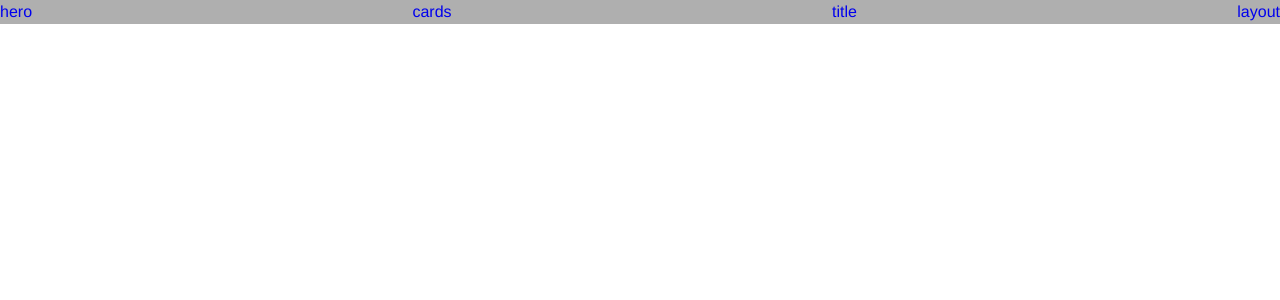
Repository: Ndifoinhilary/css_grid
Page: css-grid-learn/index.html
These files come from the project's save history. The page is drawn as it stood at one moment and after the next save; the edit follows.
The browser window is 1280 px wide. The pictures show the whole page.

Above is the page before, as saved 2024-01-28 10:09:12.

### css-grid-learn/index.html
<!DOCTYPE html>
<html lang="en">
<head>
    <meta charset="UTF-8">
    <meta name="viewport" content="width=device-width, initial-scale=1.0">
    <title>Css grid</title>
    <link rel="stylesheet" href="/fontawesome-free-5.12.1-web/css/all.min.css">
    <link rel="stylesheet" href="/css-grid-learn/main.css">
</head>
<body>

    <nav class="main-navbar">

            <ul class="nav-links">
                <li><a href="hero.html">hero</a></li>
                <li><a href="cards.html">cards</a></li>
                <li><a href="title.html">title</a></li>
                <li><a href="layout.html">layout</a></li>
            </ul>

    </nav>

   <!-- <a href="index.html" class="btn">back to top</a> -->
</body>
</html>

### css-grid-learn/main.css


:root{
    --primaryColor:#f15025;
    --mainBlack:#222;
    --mainWhite:#fff;
    --offwhite:#f7f7f7;
    --darkGrey:#afafaf;
    --mainTransition:all 0.3s linear;
    --mainSpacing:2rem;
}



*{
    margin: 0;
    padding: 0;
    box-sizing: border-box;
}





/* root variables  */

body{
    font-family:'Franklin Gothic Medium', 'Arial Narrow', Arial, sans-serif;
    color: var(--mainBlack);
    background: var(--mainWhite);
    line-height: 1.5rem;
}

a {
    text-decoration: none;
}

ul{
    list-style-type: none;
}

img{
    width: 100%;
    display: block;
}


h1, h2, h3{
    text-transform: capitalize;
    letter-spacing:var(--mainSpacing);
    margin-bottom: 1.25rem;
}

h1{
    font-size: 3rem;
}

h2{
    font-size: 1.5rem;
    margin-bottom:0 ;
}
h1{
    font-size: 0.75rem;
}
p{
    font-weight: 300px;
    font-size: 0.6rem;
    line-height: 2;
}

.btn{
    display: inline-block;
    padding: 0.357rem 0.75rem;
    text-transform: capitalize;
    letter-spacing: 0.1rem;
    border: 3px solid var(--primaryColor);
    cursor: pointer;
    border-radius: 0.3rem;
    margin: 3rem;
    transition: var(--mainTransition);
}


.btn:hover{
    background: var(--primaryColor);
    color: var(--mainWhite);
}

/*
==============
navbar css here
==============
 */



.main-navbar{
   background: var(--darkGrey);
}

 .nav-links{
    display: flex;
    justify-content: space-between;
    flex-wrap: wrap;
 }

Loaded but not shown: fontawesome-free-5.12.1-web/css/all.min.css (library)

After the next save:
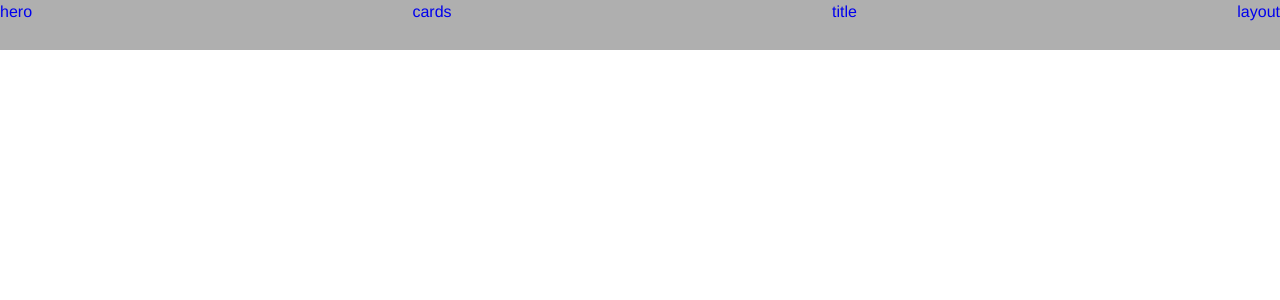
Saved 37 s later.
--- a/css-grid-learn/main.css
+++ b/css-grid-learn/main.css
@@ -96,6 +96,7 @@ navbar css here
 
 .main-navbar{
    background: var(--darkGrey);
+   height: 50px;
 }
 
  .nav-links{
